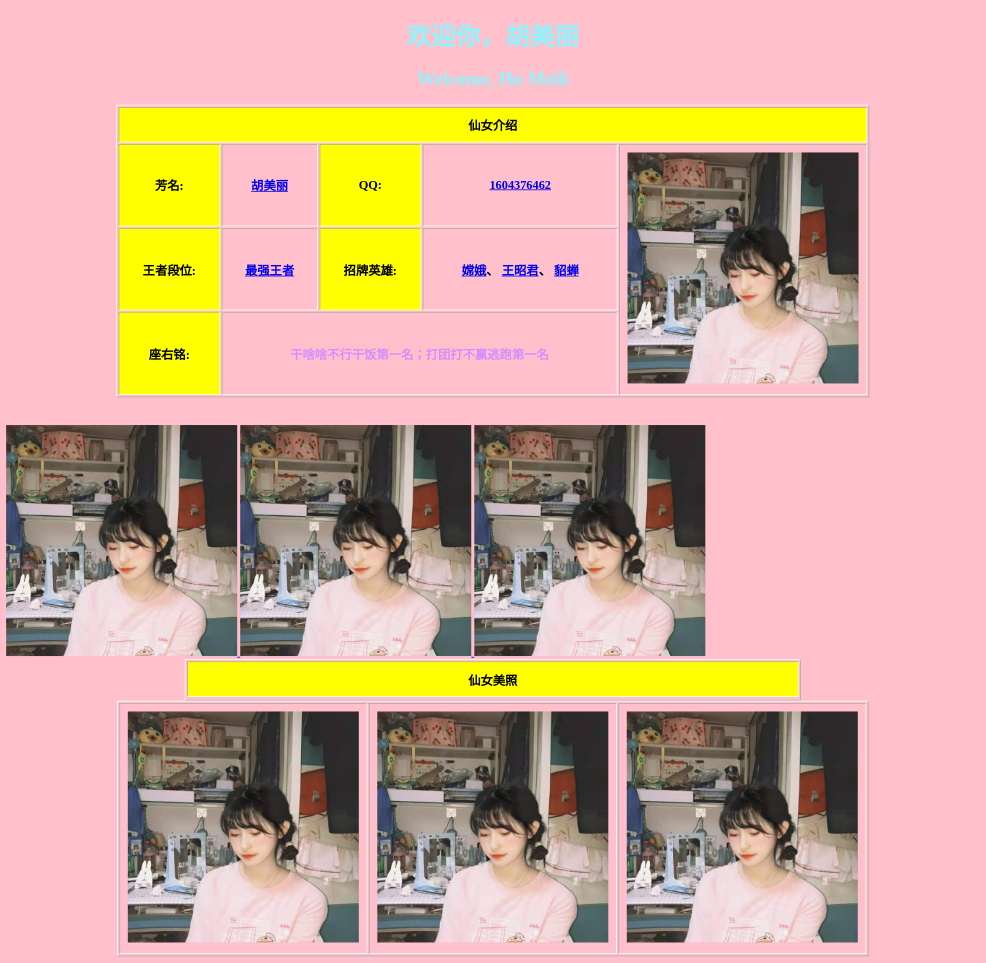
Repository: NanmeiYC/NanmeiYC.github.io
Page: ceshi2.html
These files come from the project's save history. The page is drawn as it stood at one moment and after the next save; the edit follows.
The browser window is 1280 px wide. The pictures show the whole page, at 77% of full size.

Above is the page before, as saved 2021-05-29 03:06:52.

### ceshi2.html
<!DOCTYPE html>
<html>

<head>
    <meta charset="utf-8">
    <title>欢迎我们美丽大方温柔善良的胡美丽</title>
</head>

<body bgcolor="pink">
    <h1 align="center"><a style="color: #8ef5ff;">欢迎你，胡美丽</a></h1>
    <h2 align="center"><a style="color: #8ef5ff;">Welcome, Hu Meili</a></h2>
    <table border="1" align="center" cellpadding="10px" width="978" style="border-color:rgb(255, 255, 255);">
        <tr align="center">
            <th colspan="7" bgcolor="yellow">仙女介绍</th>
        </tr>

        <tr align="center">
            <th bgcolor="yellow">芳名:</th>
            <th colspan="2"><a href="humeili.html">胡美丽</a></th>
            <th bgcolor="yellow">QQ:</th>
            <th colspan="2"> <a href="http://wpa.qq.com/msgrd?v=3&uin=1604376462&site=qq&menu=yes">1604376462</a></th>
            <td rowspan="3" width="100" <p><a href="humeili.html"><img border="0" src="images\胡美丽主.jpg" width="300px" height="300px"></td>
        </tr>
        <tr align="center">
            <th bgcolor="yellow">王者段位:</th>
            <th colspan="2"><a href="https://pvp.qq.com/web201605/hisrecord.shtml">最强王者</a></th>
            <th bgcolor="yellow">招牌英雄:</th>
            <th colspan="2">
                <a href="https://pvp.qq.com/web201605/herodetail/515.shtml">嫦娥</a>、
                <a href="https://pvp.qq.com/web201605/herodetail/152.shtml">王昭君</a>、
                <a href="https://pvp.qq.com/web201605/herodetail/141.shtml">貂蝉</a>
            </th>
        </tr>
        <tr align="center">
            <th bgcolor="yellow">座右铭:</th>
            <th colspan="5"><a style="color: #d68eff;">干啥啥不行干饭第一名；打团打不赢逃跑第一名</a> </th>
        </tr>
        <table border="1" align="center" cellpadding="10" width="800" style="border-color:rgb(255, 255, 255);">
            <br>
            <br>
        <tr align="center">
            <th colspan="9" bgcolor="yellow">仙女美照</th>
        </tr>
        <tr align="center">
            <th1 rowspan="3" width="100" <p><a href="humeili.html"><img border="0" src="images\胡美丽主.jpg" width="300px" height="300px"></th>
            <th2 rowspan="3" width="100" <p><a href="humeili.html"><img border="0" src="images\胡美丽主.jpg" width="300px" height="300px"></th>
            <th3 rowspan="3" width="100" <p><a href="humeili.html"><img border="0" src="images\胡美丽主.jpg" width="300px" height="300px"></th>
        </tr>
        <table border="1" align="center" cellpadding="10" width="800" style="border-color:rgb(255, 255, 255);">
        <tr align="center">
            <th rowspan="3" width="100" <p><a href="humeili.html"><img border="0" src="images\胡美丽主.jpg" width="300px" height="300px"></th>
            <th rowspan="3" width="100" <p><a href="humeili.html"><img border="0" src="images\胡美丽主.jpg" width="300px" height="300px"></th>
            <th rowspan="3" width="100" <p><a href="humeili.html"><img border="0" src="images\胡美丽主.jpg" width="300px" height="300px"></th>
        </tr>
    </table>

After the next save:
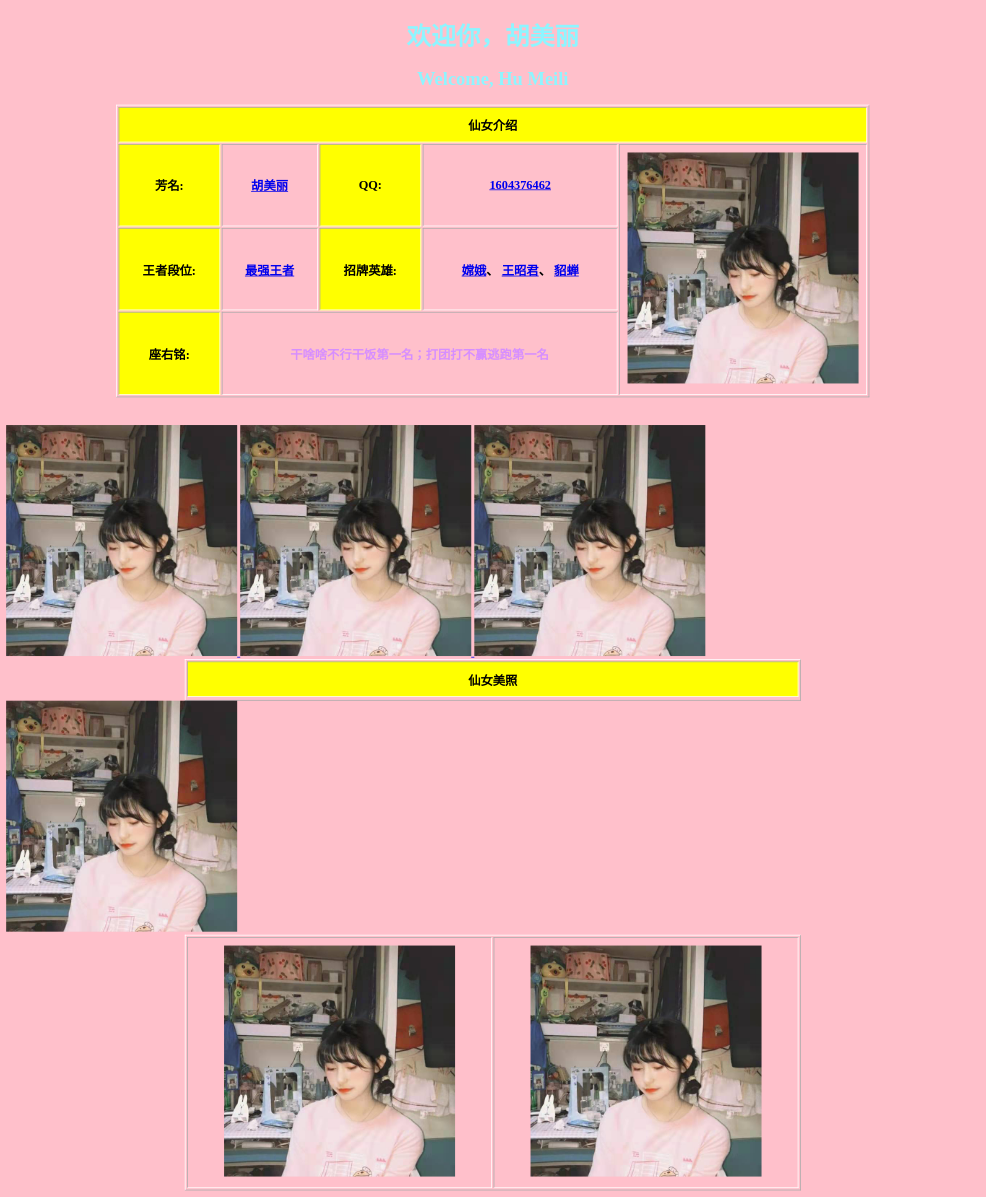
Saved 6 s later.
--- a/ceshi2.html
+++ b/ceshi2.html
@@ -48,7 +48,7 @@
         </tr>
         <table border="1" align="center" cellpadding="10" width="800" style="border-color:rgb(255, 255, 255);">
         <tr align="center">
-            <th rowspan="3" width="100" <p><a href="humeili.html"><img border="0" src="images\胡美丽主.jpg" width="300px" height="300px"></th>
+            <th4 rowspan="3" width="100" <p><a href="humeili.html"><img border="0" src="images\胡美丽主.jpg" width="300px" height="300px"></th>
             <th rowspan="3" width="100" <p><a href="humeili.html"><img border="0" src="images\胡美丽主.jpg" width="300px" height="300px"></th>
             <th rowspan="3" width="100" <p><a href="humeili.html"><img border="0" src="images\胡美丽主.jpg" width="300px" height="300px"></th>
         </tr>
